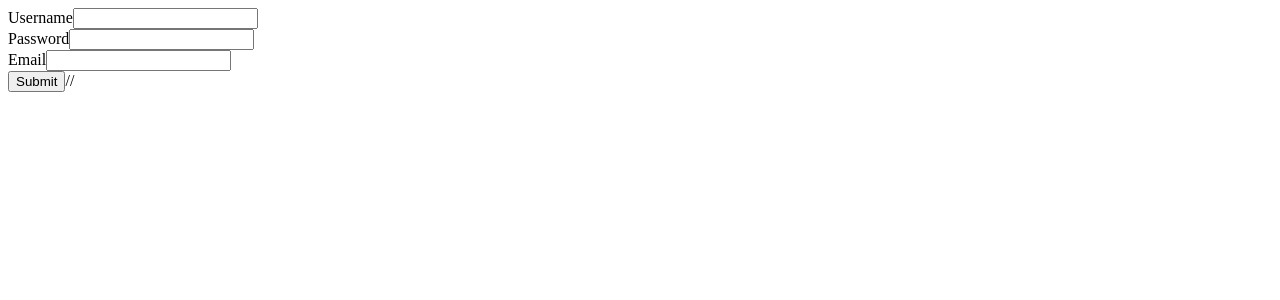
Repository: Wafaabahgat/Formik_React
Page: /
An editor plug-in stored every save of this project. The page is shown before and after the next save, followed by the edit.
The browser window is 1280 px wide. The pictures show the whole page.
The project was rebuilt for these pictures with package versions that can differ from the ones it lists, and the page was loaded fresh each time. Also part of the build but not shown: vite.config.ts.

Above is the page before, as saved 2024-02-13 20:37:36.

### src/App.tsx
// App.tsx
import React from 'react';
import RegistrationForm from './components/RegistrationForm';

const App: React.FC = () => {
  return (
    <div className="min-h-screen flex items-center justify-center bg-gray-100">
      <RegistrationForm />
    </div>
  );
};

export default App;

### src/components/RegistrationForm.jsx
// RegistrationForm.js
import React from "react";
import { useFormik } from "formik";
import * as Yup from "yup";

const RegistrationForm = () => {
  const formik = useFormik({
    initialValues: {
      username: "",
      password: "",
      email: "",
    },
    validationSchema: Yup.object({
      username: Yup.string()
        .min(8, "Username must be at least 8 characters")
        .max(20, "Username must be at most 20 characters")
        .required("Username is required"),
      password: Yup.string()
        .min(8, "Password must be at least 8 characters")
        .max(20, "Password must be at most 20 characters")
        .matches(
          /^(?=.*\d)(?=.*[a-z])(?=.*[A-Z])(?=.*[@#$%]).*$/,
          "Password must meet the criteria"
        )
        .required("Password is required"),
      email: Yup.string()
        .email("Invalid email address")
        .required("Email is required"),
    }),
    onSubmit: (values) => {
      // Handle form submission
      console.log(values);
    },
  });

  return (
    //<div className="max-w-md mx-auto mt-8 p-6 bg-white rounded-md shadow-md">
      <form onSubmit={formik.handleSubmit}>
        <div className="mb-4">
          <label
            htmlFor="username"
            className="block text-gray-700 text-sm font-bold mb-2"
          >
            Username
          </label>
          <input
            type="text"
            id="username"
            name="username"
            onChange={formik.handleChange}
            onBlur={formik.handleBlur}
            value={formik.values.username}
            className={`w-full px-3 py-2 border ${
              formik.errors.username ? "border-red-500" : "border-gray-300"
            } rounded-md focus:outline-none focus:border-blue-500`}
          />
          {formik.touched.username && formik.errors.username && (
            <div className="text-red-500 text-xs mt-1">
              {formik.errors.username}
            </div>
          )}
        </div>

        <div className="mb-4">
          <label
            htmlFor="password"
            className="block text-gray-700 text-sm font-bold mb-2"
          >
            Password
          </label>
          <input
            type="password"
            id="password"
            name="password"
            onChange={formik.handleChange}
            onBlur={formik.handleBlur}
            value={formik.values.password}
            className={`w-full px-3 py-2 border ${
              formik.errors.password ? "border-red-500" : "border-gray-300"
            } rounded-md focus:outline-none focus:border-blue-500`}
          />
          {formik.touched.password && formik.errors.password && (
            <div className="text-red-500 text-xs mt-1">
              {formik.errors.password}
            </div>
          )}
        </div>

        <div className="mb-4">
          <label
            htmlFor="email"
            className="block text-gray-700 text-sm font-bold mb-2"
          >
            Email
          </label>
          <input
            type="email"
            id="email"
            name="email"
            onChange={formik.handleChange}
            onBlur={formik.handleBlur}
            value={formik.values.email}
            className={`w-full px-3 py-2 border ${
              formik.errors.email ? "border-red-500" : "border-gray-300"
            } rounded-md focus:outline-none focus:border-blue-500`}
          />
          {formik.touched.email && formik.errors.email && (
            <div className="text-red-500 text-xs mt-1">
              {formik.errors.email}
            </div>
          )}
        </div>

        <button
          type="submit"
          className="bg-blue-500 text-white px-4 py-2 rounded-md hover:bg-blue-600 focus:outline-none focus:shadow-outline-blue"
        >
          Submit
        </button>
   //   </form>
 //   </div>
  );
};

export default RegistrationForm;

Loaded but not shown: index.html (common file); src/main.tsx (common file)

After the next save:
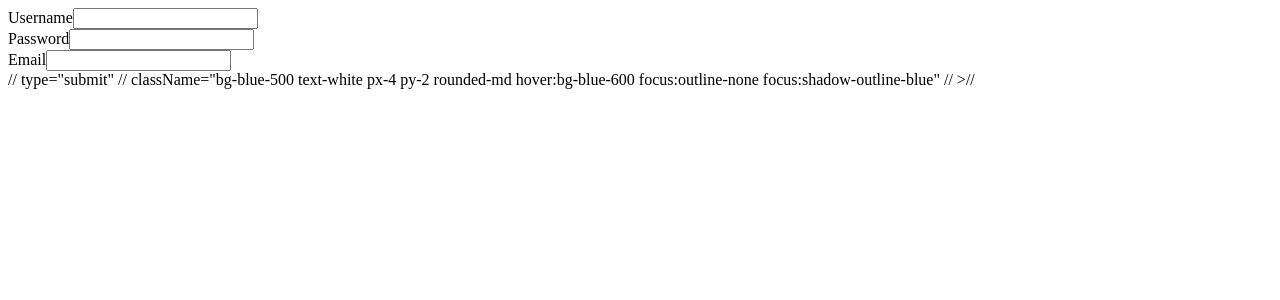
Saved 4 s later.
--- a/src/components/RegistrationForm.jsx
+++ b/src/components/RegistrationForm.jsx
@@ -111,12 +111,12 @@
           )}
         </div>
 
-        <button
-          type="submit"
-          className="bg-blue-500 text-white px-4 py-2 rounded-md hover:bg-blue-600 focus:outline-none focus:shadow-outline-blue"
-        >
-          Submit
-        </button>
+        {/* <button */}
+          // type="submit"
+          // className="bg-blue-500 text-white px-4 py-2 rounded-md hover:bg-blue-600 focus:outline-none focus:shadow-outline-blue"
+        // >
+          {/* Submit */}
+        {/* </button> */}
    //   </form>
  //   </div>
   );

After the save that followed:
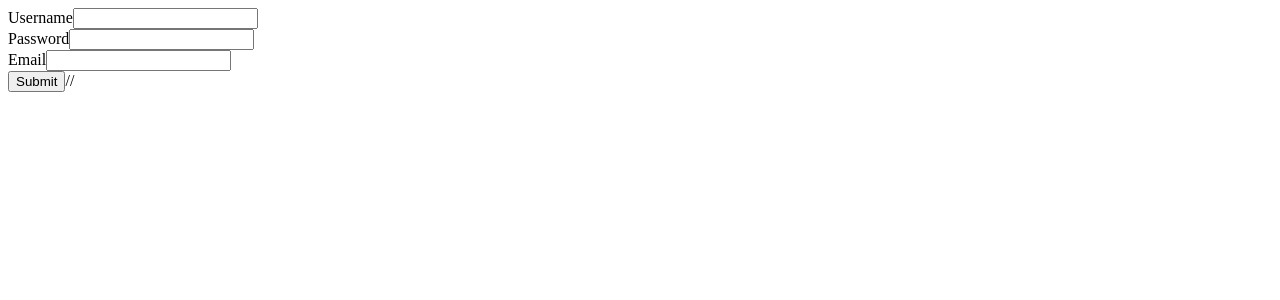
Saved 4 s later.
--- a/src/components/RegistrationForm.jsx
+++ b/src/components/RegistrationForm.jsx
@@ -111,12 +111,12 @@
           )}
         </div>
 
-        {/* <button */}
-          // type="submit"
-          // className="bg-blue-500 text-white px-4 py-2 rounded-md hover:bg-blue-600 focus:outline-none focus:shadow-outline-blue"
-        // >
-          {/* Submit */}
-        {/* </button> */}
+        <button
+          type="submit"
+          className="bg-blue-500 text-white px-4 py-2 rounded-md hover:bg-blue-600 focus:outline-none focus:shadow-outline-blue"
+        >
+          Submit
+        </button>
    //   </form>
  //   </div>
   );
